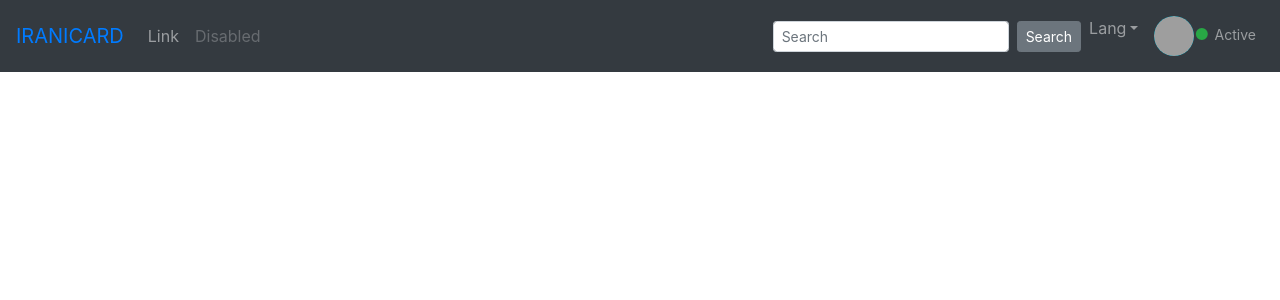
Repository: hosseinemami1370/iranicard
Page: /user
The author's editor kept a copy of each file at every save. The page is drawn from the files as they stood at one save, then again after the next save.
The browser window is 1280 px wide. The pictures show the whole page.
Pictures or frames that could not be fetched are drawn as grey boxes. The page's requests for data from a server got no answer. The project was rebuilt for these pictures with package versions that can differ from the ones it lists, and the page was loaded fresh each time. The framework's server and built-in components were replaced by stand-ins that run in the browser. No one was signed in, and anything a server would have sent is missing. Also part of the build but not shown: nuxt.config.js, components/Header.vue, components/Logo.vue, components/UI/AppButton.vue, layouts/admin.vue, layouts/error.vue.

Above is the page before, as saved 2021-03-15 13:58:26.

After the next save:
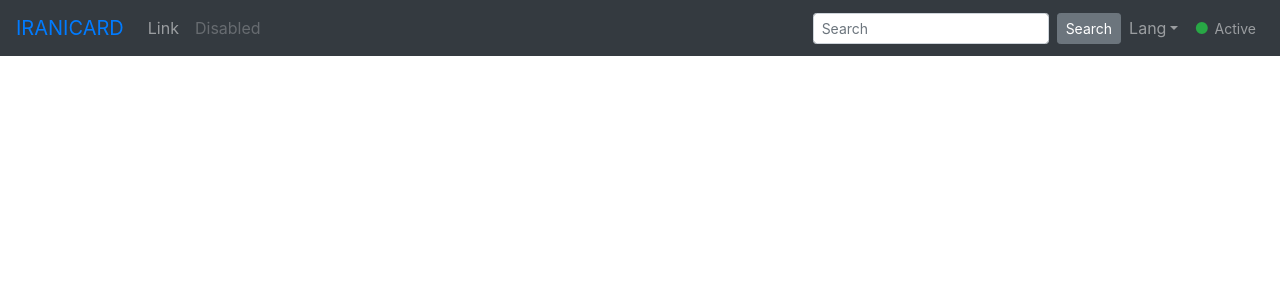
Saved 20 s later.
--- a/components/navigation/Header.vue
+++ b/components/navigation/Header.vue
@@ -37,7 +37,7 @@
           <b-dropdown-item @click="onLogout">Sign Out</b-dropdown-item>
         </b-nav-item-dropdown>
         <b-nav-item>
-          <b-avatar variant="info" src="https://placekitten.com/300/300"></b-avatar>
+          <b-avatar v-if="visible" variant="info" src="https://placekitten.com/300/300"></b-avatar>
           <span class="mr-auto">{{email}}</span>
           <span class="text-success">● </span>
           <small>Active</small>
